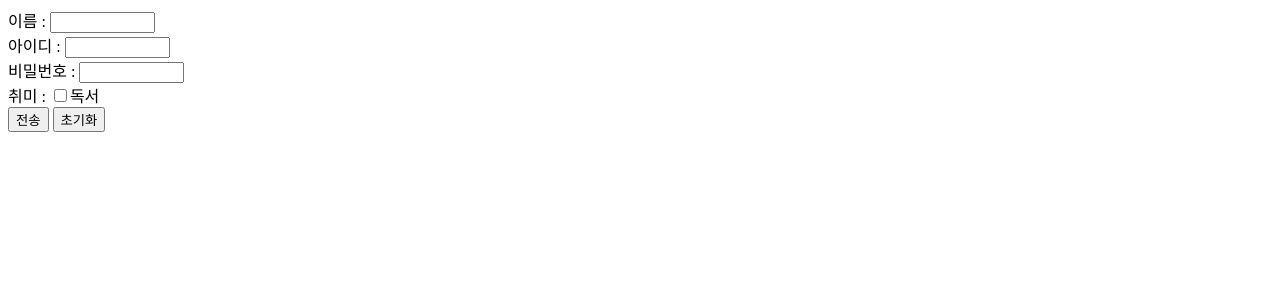
Repository: Kanghanna/One-Pick
Page: http://localhost/StartJSP/servletForm.jsp
An editor plug-in stored every save of this project. The page is shown before and after a run of saves, followed by the edit.
The browser window is 1280 px wide. The pictures show the whole page.
The page is served by Tomcat 9.

Above is the page before, as saved 2019-03-28 02:01:35.

After the next 2 saves:
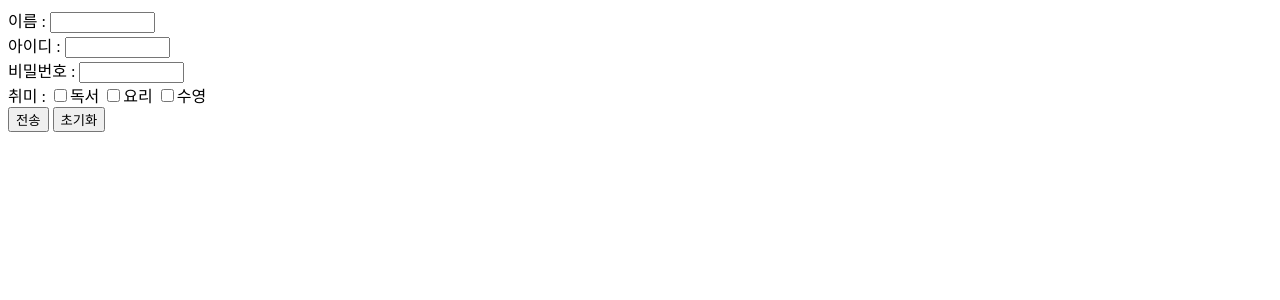
The 2 saves are shown as one change because they came seconds apart.
The last was saved 41 s later.
--- a/StartJSP/WebContent/servletForm.jsp
+++ b/StartJSP/WebContent/servletForm.jsp
@@ -13,7 +13,8 @@
  아이디 : <input type = "text" name = "id" size = "10"><br>
  비밀번호 : <input type = "password" name = "pw" size = "10"><br>
  취미 : <input type = "checkbox" name = "hobby" value = "read">독서
-
+ <input type = "checkbox" name = "hobby" value = "cook">요리
+ <input type = "checkbox" name = "hobby" value = "swim">수영
  <br>
  <input type = "submit" value = "전송">
  <input type = "reset" value = "초기화">
